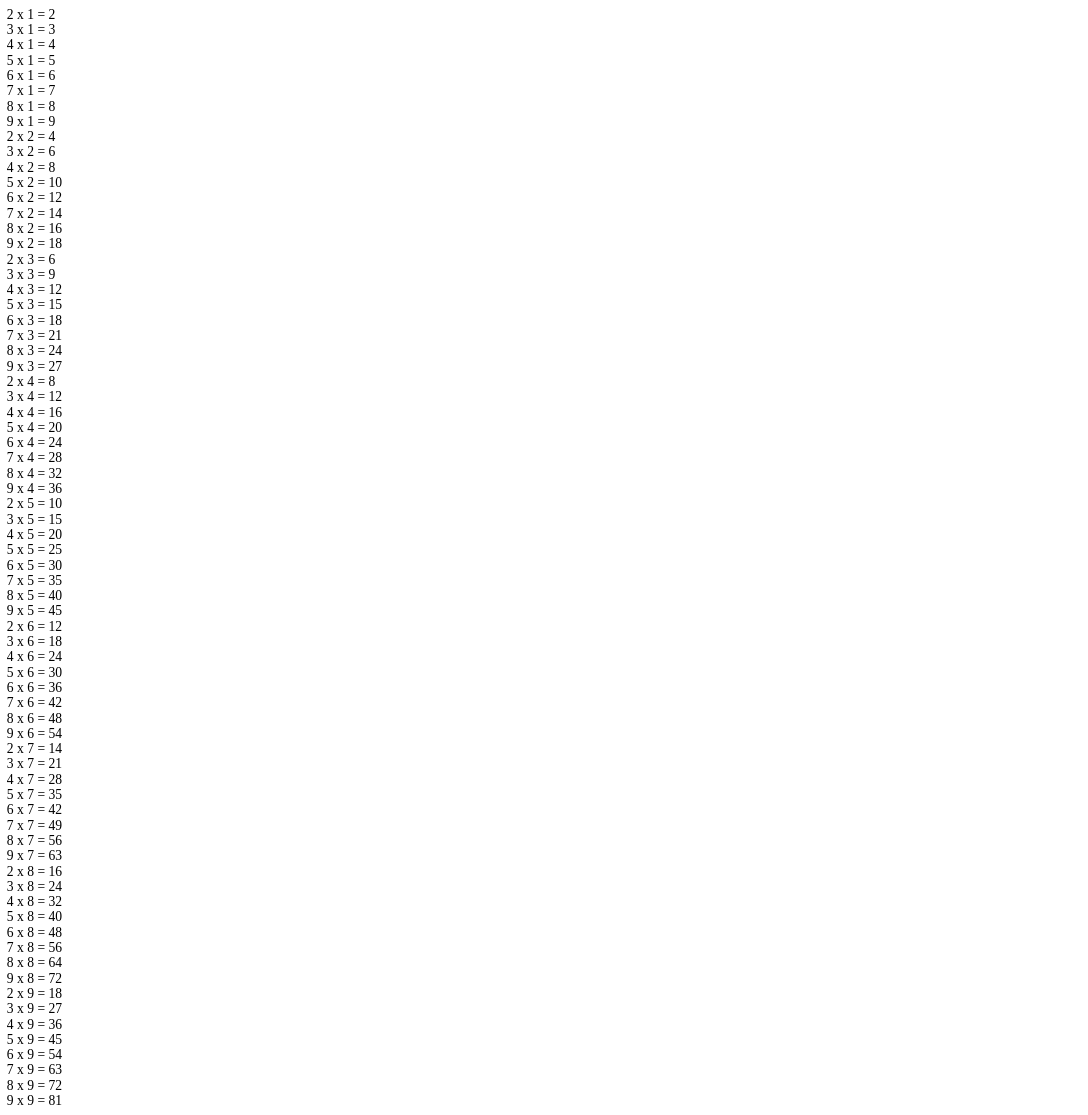
Repository: 5anniversary/JSPhw
Page: http://localhost/lecture1/gugu2.jsp
The author's editor kept a copy of each file at every save. The page is drawn from the files as they stood at one save, then again after the next save.
The browser window is 1280 px wide. The pictures show the whole page, at 85% of full size.
The page is served by Tomcat 9. Other server files are loaded and not shown.

Above is the page before, as saved 2020-04-11 12:07:50.

### lecture1/WebContent/gugu2.jsp
<%@ page language="java" contentType="text/html; charset=UTF-8"
	pageEncoding="UTF-8"%>
<!DOCTYPE html>
<html>
<style>
table {
	border: 1px solid;
	border-collapse: collapse;
}
tr, td {
	border: 1px solid;
	padding: 5px;
}
</style>
<head>
<meta charset="UTF-8">
<title>Insert title here</title>
</head>
<body>
<table>
	<%
		for (int i = 1; i < 10; i++) {
			out.println("<tr>");
			for (int j = 2; j < 10; j++) {
				out.println(
					j + " x " + i + " = " + (i * j) + "</br>"
				);
			}
			out.println("</tr>");
		}
	%>
</table>
</body>
</html>

After the next save:
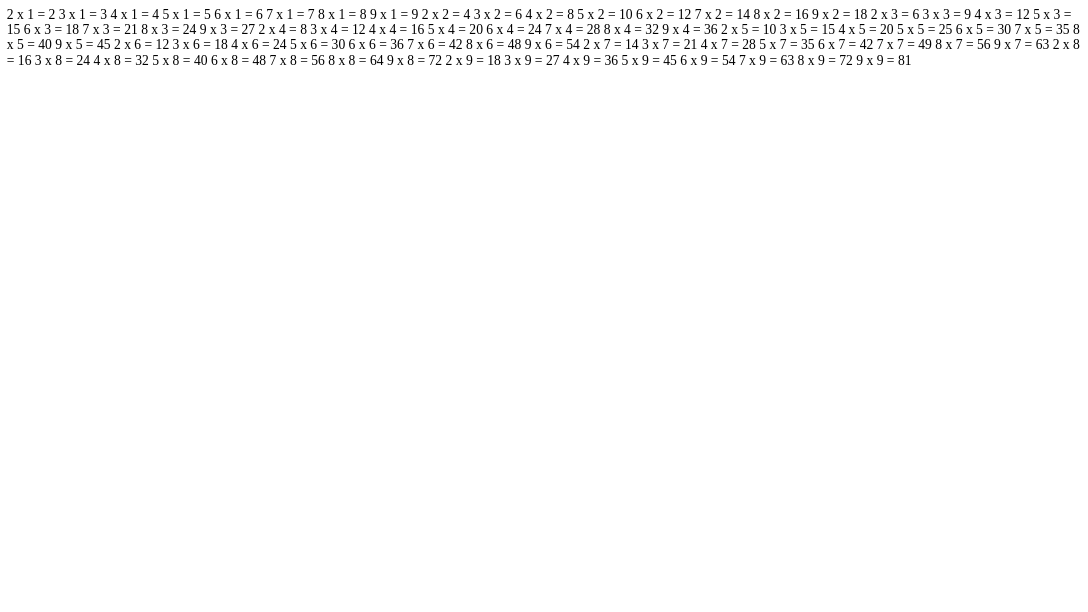
Saved 55 s later.
--- a/lecture1/WebContent/gugu2.jsp
+++ b/lecture1/WebContent/gugu2.jsp
@@ -23,7 +23,7 @@ tr, td {
 			out.println("<tr>");
 			for (int j = 2; j < 10; j++) {
 				out.println(
-					j + " x " + i + " = " + (i * j) + "</br>"
+					j + " x " + i + " = " + (i * j) + "</td>"
 				);
 			}
 			out.println("</tr>");
